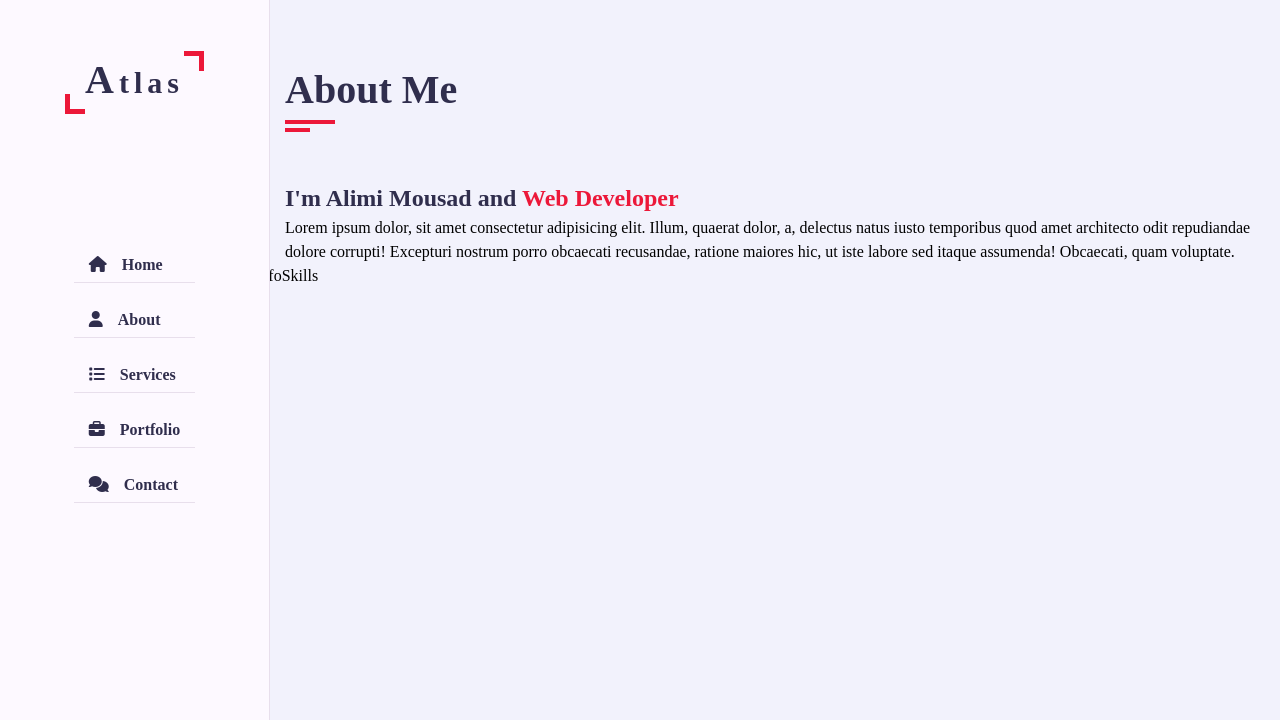
Repository: luanhoang0902/portfolio-ui
Page: index.html
These files come from the project's save history. The page is drawn as it stood at one moment and after the next save; the edit follows.
The browser window is 1280 px wide. The pictures show the whole page.
Some web fonts or font styles are not loaded; a fallback is used. Some web libraries are served in a nearby version.

Above is the page before, as saved 2022-06-02 16:02:13.

After the next save:
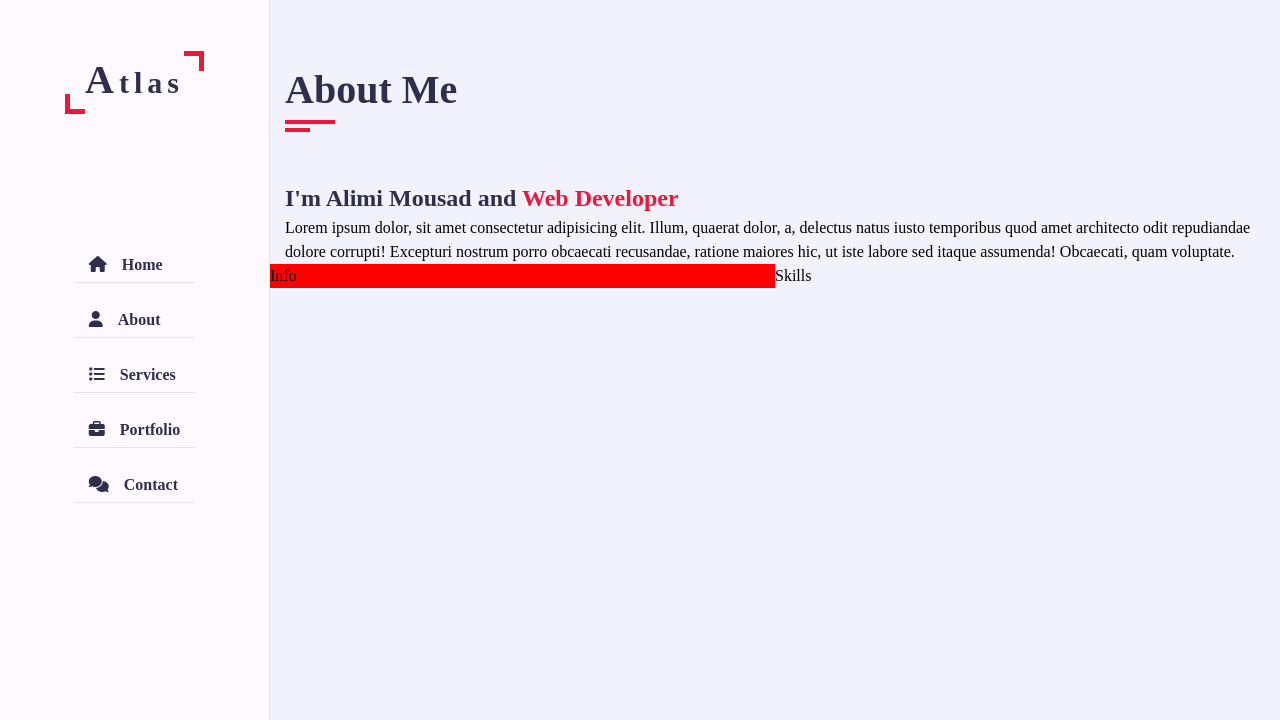
Saved 14 s later.
--- a/index.html
+++ b/index.html
@@ -69,10 +69,10 @@
                     <p>Lorem ipsum dolor, sit amet consectetur adipisicing elit. Illum, quaerat dolor, a, delectus natus iusto temporibus quod amet architecto odit repudiandae dolore corrupti! Excepturi nostrum porro obcaecati recusandae, ratione maiores hic, ut iste labore sed itaque assumenda! Obcaecati, quam voluptate.</p>
                   </div>
                 </div>
-              </div>
-              <div class="row">
-                <div class="personal-info">Info</div>
-                <div class="skills">Skills</div>
+                <div class="row">
+                  <div class="personal-info">Info</div>
+                  <div class="skills">Skills</div>
+                </div>
               </div>
             </div>
           </div>
